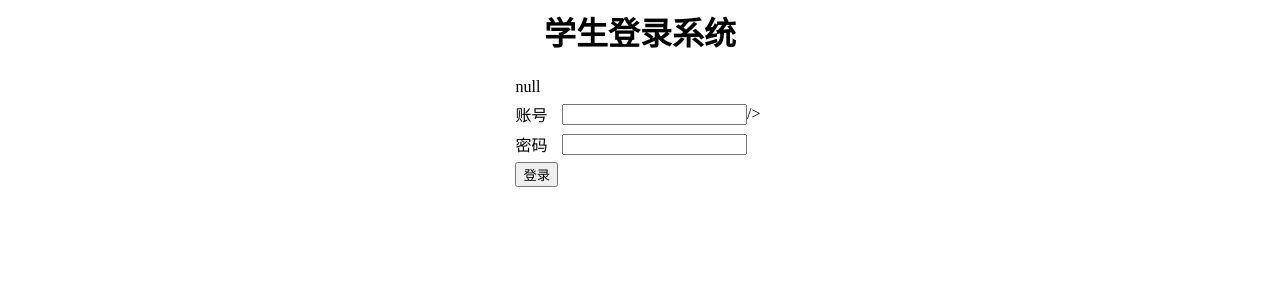
Repository: qq847261175/JavaWeb
Page: http://localhost/Student_Manager_Systerm/
An editor plug-in stored every save of this project. The page is shown before and after the next save, followed by the edit.
The browser window is 1280 px wide. The pictures show the whole page.
The page is served by Tomcat 9. Other server files are loaded and not shown.

Above is the page before, as saved 2016-10-29 05:45:42.

### Student_Manager_Systerm/WebRoot/index.jsp
<%@ page language="java" import="java.util.*" pageEncoding="UTF-8"%>
<%
String path = request.getContextPath();
String basePath = request.getScheme()+"://"+request.getServerName()+":"+request.getServerPort()+path+"/";
%>

<!DOCTYPE HTML PUBLIC "-//W3C//DTD HTML 4.01 Transitional//EN">
<html>
  <head>
  <title>学生管理系统登录</title>
  </head>

  <body>

  <div align="center">
    <h1>学生登录系统</h1>
  <form action="/LoginServlet" method="post">
    <table>
    <tr>
    <td>
    <%= request.getAttribute("msg")%>
    <td>
    <tr/>
    <tr>
    <td>账号 <td/>
    <td><input type="text" name="username"  %>/><td/>
    <tr/>
     <tr>
       <td>密码 <td/>
    <td><input type="password" name="password"/><td/>
     <tr/>
	<tr>
    <td colspan="2"><input  type="submit" value="登录"/><td/>
     <tr/>
    </table>
  </form>
    <div/>
  </body>
</html>

After the next save:
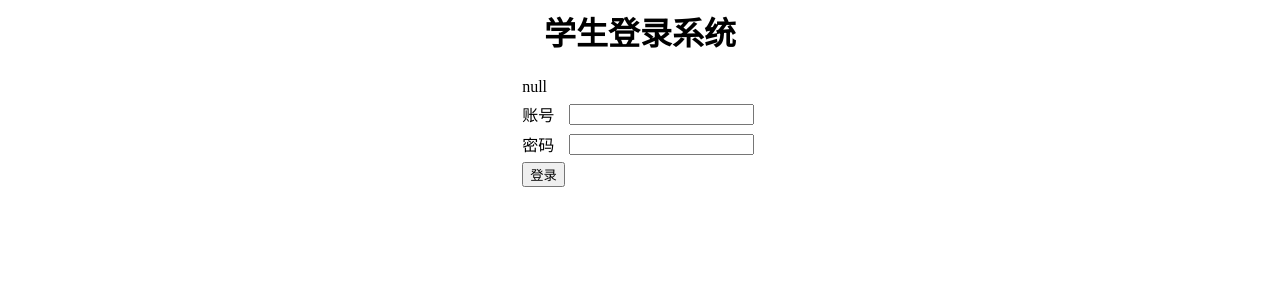
Saved 43 s later.
--- a/Student_Manager_Systerm/WebRoot/index.jsp
+++ b/Student_Manager_Systerm/WebRoot/index.jsp
@@ -23,7 +23,7 @@ String basePath = request.getScheme()+"://"+request.getServerName()+":"+request.
     <tr/>
     <tr>
     <td>账号 <td/>
-    <td><input type="text" name="username"  %>/><td/>
+    <td><input type="text" name="username"  /><td/>
     <tr/>
      <tr>
        <td>密码 <td/>
